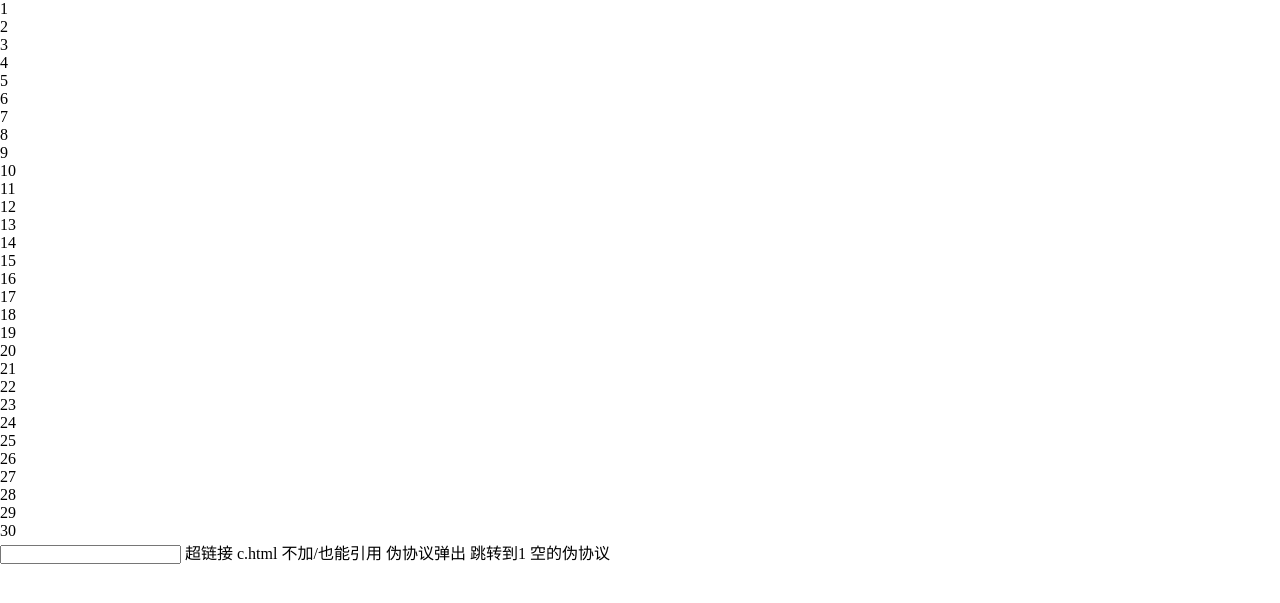
Repository: Lixianlai-2/html-demo-1
Page: index.html
These files come from the project's save history. The page is drawn as it stood at one moment and after the next save; the edit follows.
The browser window is 1280 px wide. The pictures show the whole page.

Above is the page before, as saved 2021-11-27 11:41:58.

### index.html
<!DOCTYPE html>
<html lang="en">
  <head>
    <meta charset="UTF-8" />
    <meta http-equiv="X-UA-Compatible" content="IE=edge" />
    <meta name="viewport" content="width=device-width, initial-scale=1.0" />
    <link rel="stylesheet" href="./cssRest.css" />
    <title>Document</title>
  </head>
  <body>
    <p id="xxx">1</p>
    <p>2</p>
    <p>3</p>
    <p>4</p>
    <p>5</p>
    <p>6</p>
    <p>7</p>
    <p>8</p>
    <p>9</p>
    <p>10</p>
    <p>11</p>
    <p>12</p>
    <p>13</p>
    <p>14</p>
    <p>15</p>
    <p>16</p>
    <p>17</p>
    <p>18</p>
    <p>19</p>
    <p>20</p>
    <p>21</p>
    <p>22</p>
    <p>23</p>
    <p>24</p>
    <p>25</p>
    <p>26</p>
    <p>27</p>
    <p>28</p>
    <p>29</p>
    <p>30</p>
    <input type="text" />
    <a href="//google.com">超链接</a>
    <a href="/a/b/c.html">c.html</a>
    <a href="test.html">不加/也能引用</a>
    <a href="javascript:alert(1)">伪协议弹出</a>
    <a href="#xxx">跳转到1</a>
    <a href="javascript:;">空的伪协议</a>
  </body>
</html>

### cssRest.css
* {
  margin: 0;
  padding: 0;
  box-sizing: border-box;
}

a {
  color: inherit;
  /* 删除下划线 */
  text-decoration: none;
}

ul,
ol {
  list-style: none;
}

After the next save:
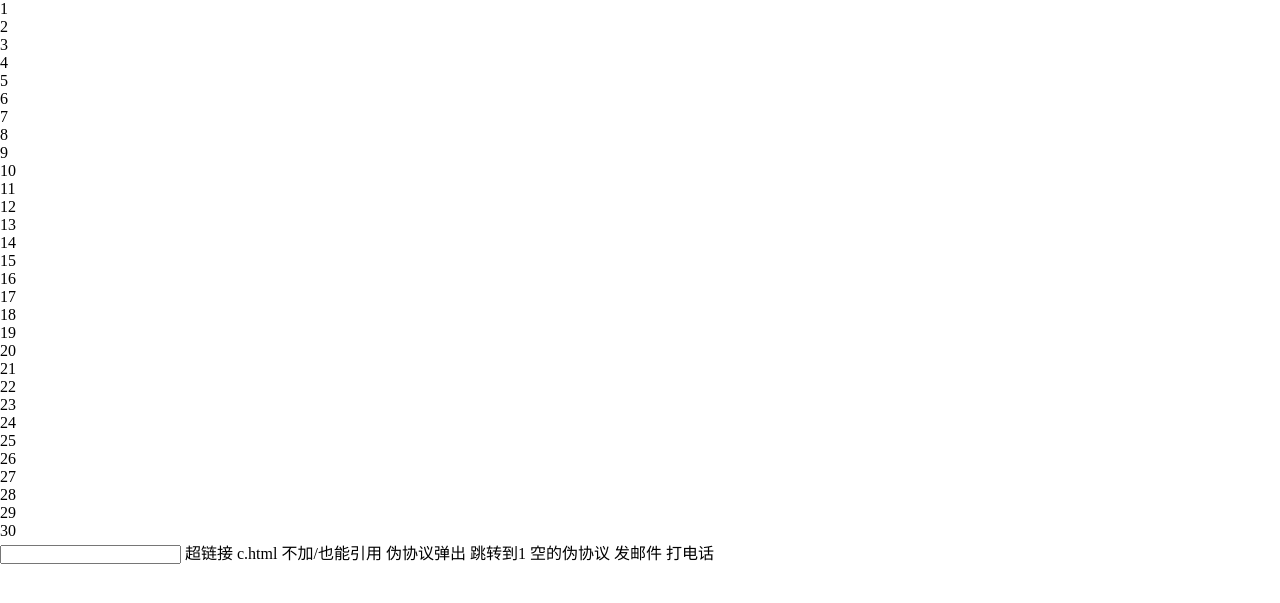
Saved 4 min 13 s later.
--- a/index.html
+++ b/index.html
@@ -45,5 +45,7 @@
     <a href="javascript:alert(1)">伪协议弹出</a>
     <a href="#xxx">跳转到1</a>
     <a href="javascript:;">空的伪协议</a>
+    <a href="maito:1643565650@qq.com">发邮件</a>
+    <a href="tel:18281901097">打电话</a>
   </body>
 </html>
